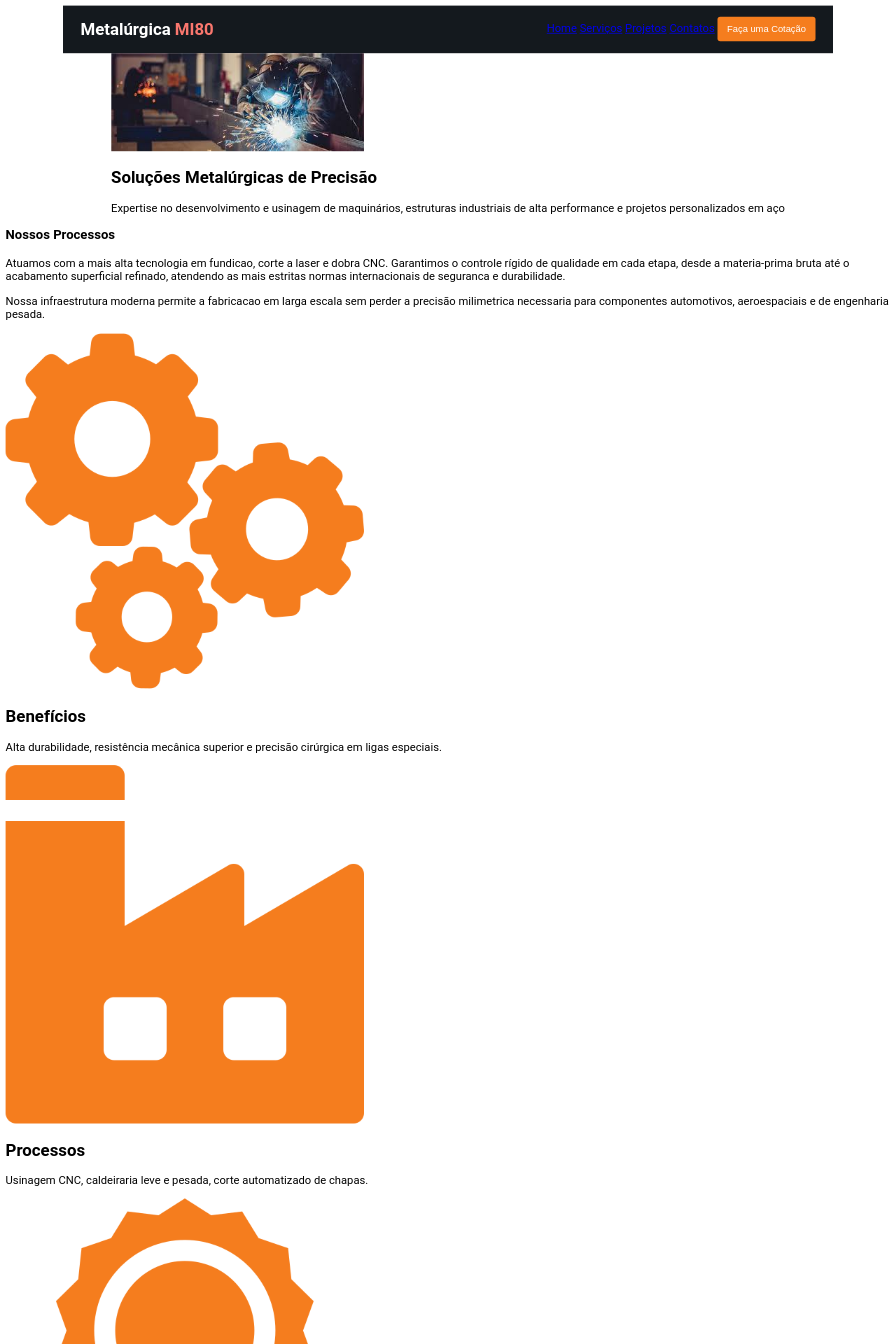
Repository: guiCherpinski/landing-page-metalurgica
Page: index.html
The author's editor kept a copy of each file at every save. The page is drawn from the files as they stood at one save, then again after the next save.
The browser window is 1280 px wide. The pictures show the part of the page from y = 0 to 1920 px (the page is 5681 px tall), at 70% of full size.

Above is the page before, as saved 2026-06-03 19:48:20.

After the next save:
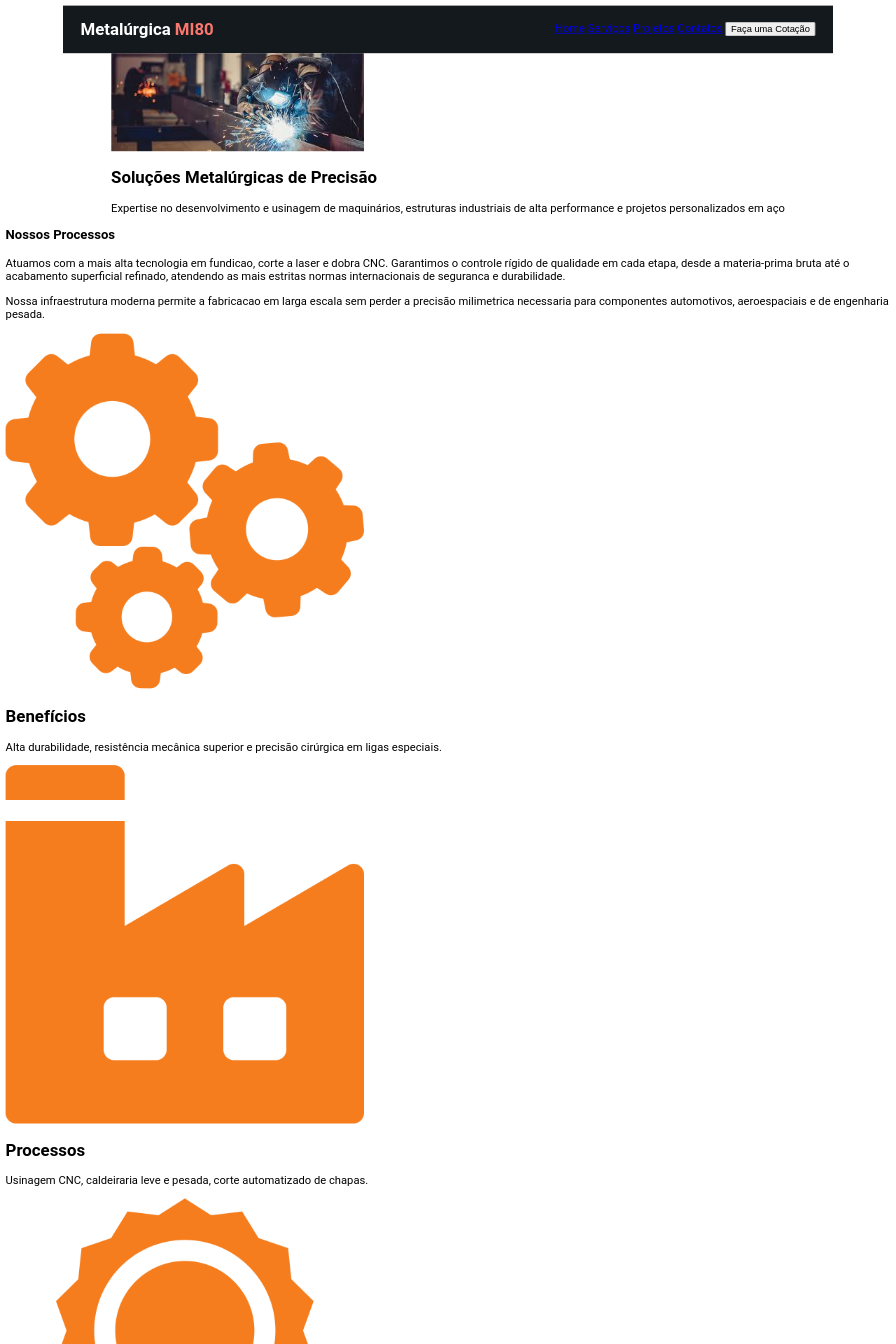
Saved 37 s later.
--- a/style.css
+++ b/style.css
@@ -24,6 +24,8 @@
     margin-right: 25px;
 }
 
+hed
+
 header button {
     width:140px;
     height: 35px;

After the 5 saves that followed:
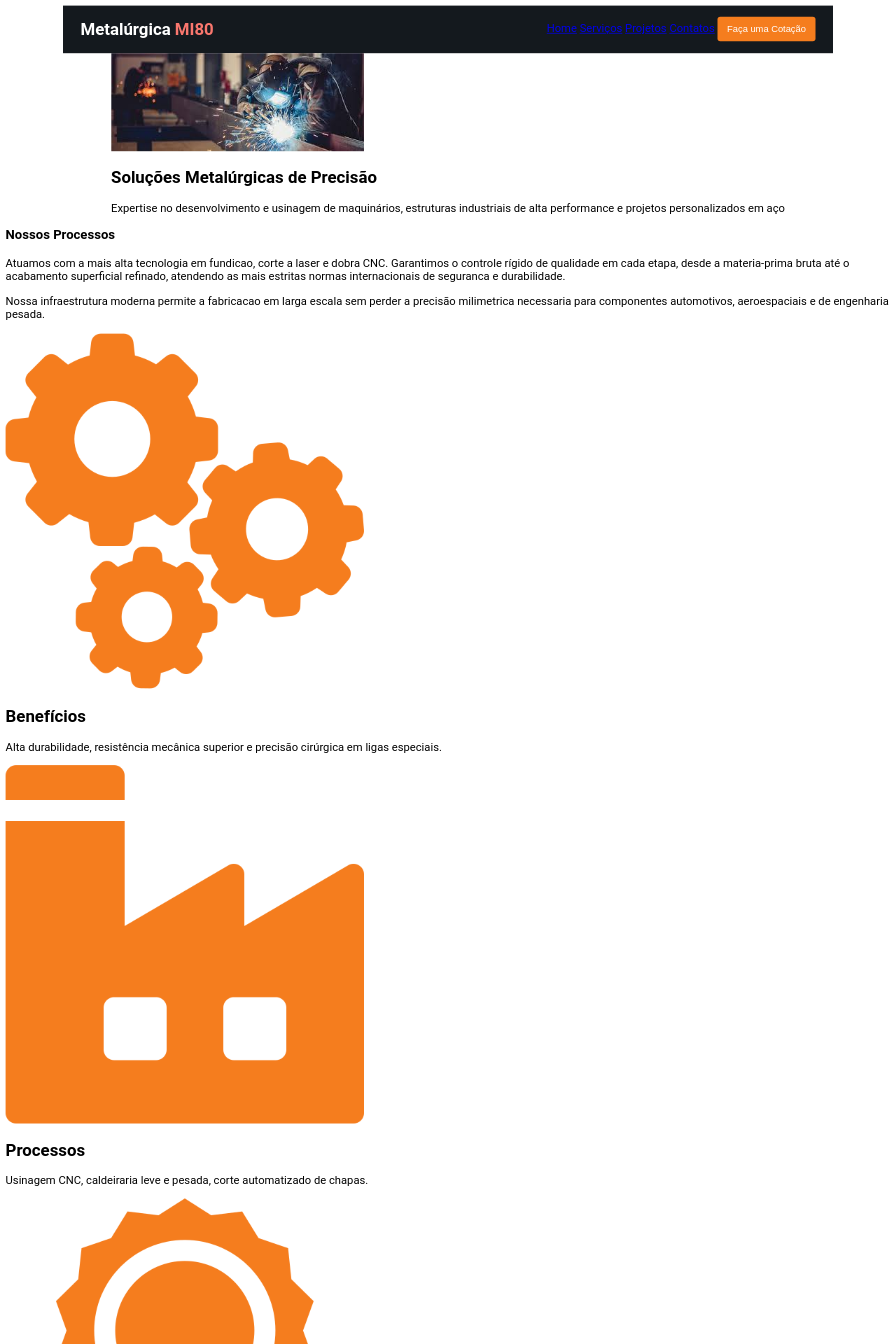
The 5 saves are shown as one change because they came seconds apart.
The last was saved 15 s later.
--- a/style.css
+++ b/style.css
@@ -24,7 +24,9 @@
     margin-right: 25px;
 }
 
-hed
+header nav a {
+
+}
 
 header button {
     width:140px;
